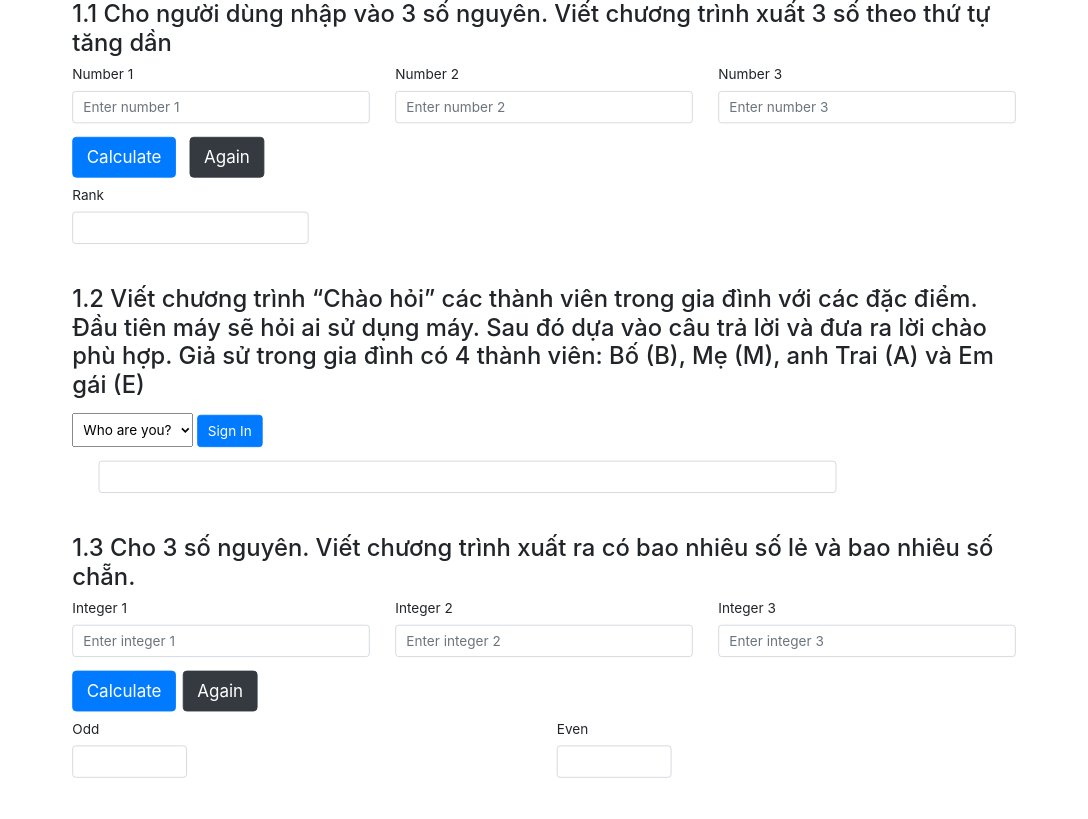
Repository: baobaodeveloper/bootscamp21__jsbasic__HuynhAnhBao
Page: index.html
An editor plug-in stored every save of this project. The page is shown before and after the next save, followed by the edit.
The browser window is 1280 px wide. The pictures show the whole page, at 85% of full size.

Above is the page before, as saved 2022-03-10 19:14:07.

After the next save:
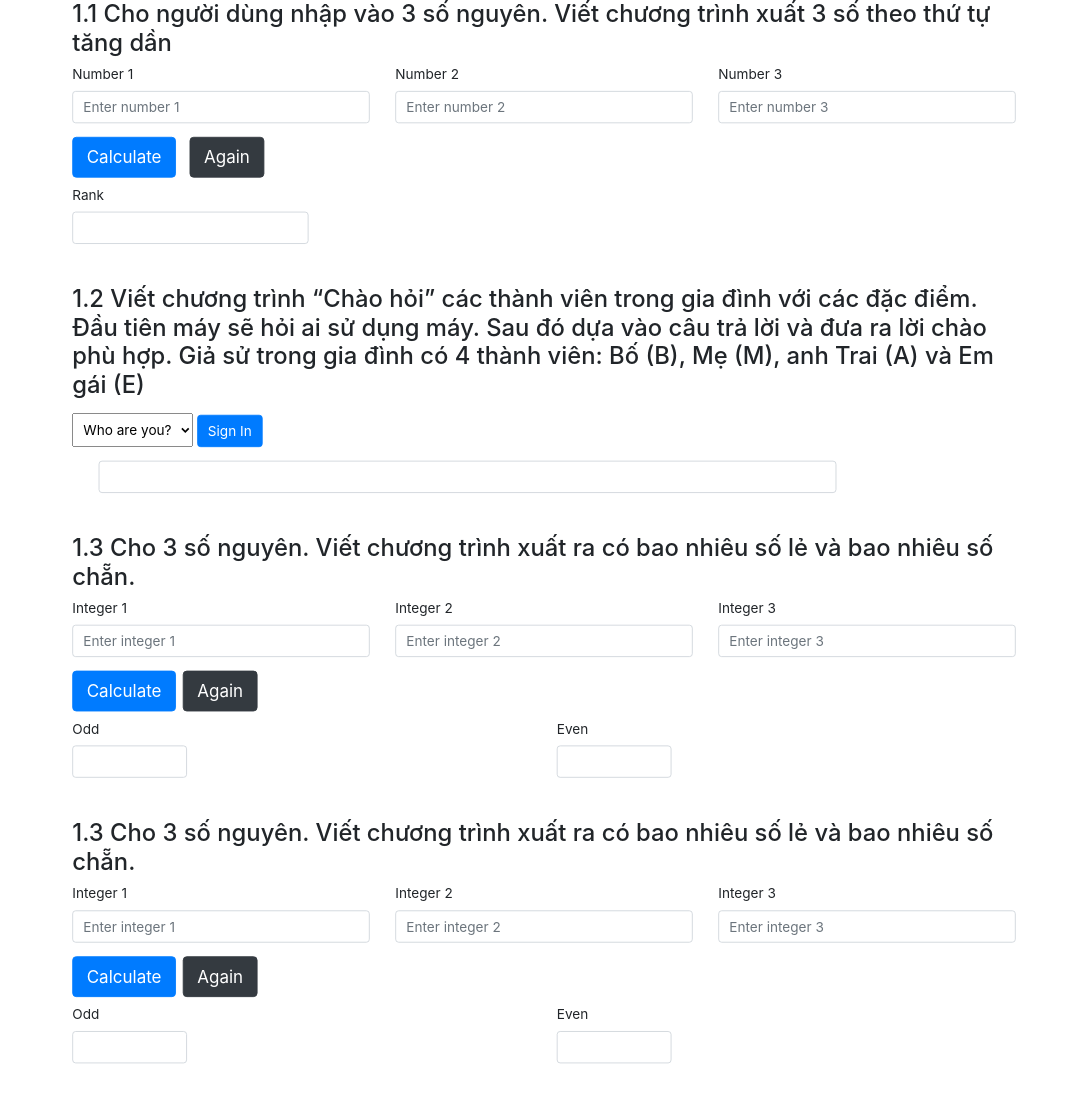
Saved 6 min 37 s later.
--- a/index.html
+++ b/index.html
@@ -168,6 +168,69 @@
       </div>
     </div>
 
+    <!--Viết chương trình cho nhập 3 cạnh của tam giác. Hãy cho biết đó là tam giác gì?-->
+
+    <div class="container mb-xl-5">
+      <h3>
+        1.3 Cho 3 số nguyên. Viết chương trình xuất ra có bao nhiêu số lẻ và bao
+        nhiêu số chẵn.
+      </h3>
+
+      <div class="row">
+        <div class="col">
+          <label class="form-label">Integer 1</label>
+          <input
+            type="text"
+            class="form-control integer1"
+            placeholder="Enter integer 1"
+          />
+        </div>
+        <div class="col">
+          <label class="form-label">Integer 2</label>
+          <input
+            type="number"
+            class="form-control integer2"
+            placeholder="Enter integer 2"
+          />
+        </div>
+        <div class="col">
+          <label class="form-label">Integer 3</label>
+          <input
+            type="number"
+            class="form-control integer3"
+            placeholder="Enter integer 3"
+          />
+        </div>
+      </div>
+
+      <div class="d-flex">
+        <button
+          type="button"
+          class="btn btn-primary btn-lg mt-3 mb-2 btn-integer mr-2"
+        >
+          Calculate
+        </button>
+
+        <button
+          type="button "
+          class="btn btn-light btn-lg mt-3 mb-2 btn-dark btn-again-integer"
+        >
+          Again
+        </button>
+      </div>
+
+      <div class="row">
+        <div class="mt-3 m-auto col">
+          <label class="form-label">Odd</label>
+          <input type="text" class="form-control w-25 outputOdd" />
+        </div>
+        <div class="mt-3 m-auto col">
+          <label class="form-label">Even</label>
+          <input type="text" class="form-control w-25 outputEven" />
+        </div>
+      </div>
+    </div>
+
     <!-- Optional JavaScript -->
     <!-- jQuery first, then Popper.js, then Bootstrap JS -->
     <script
